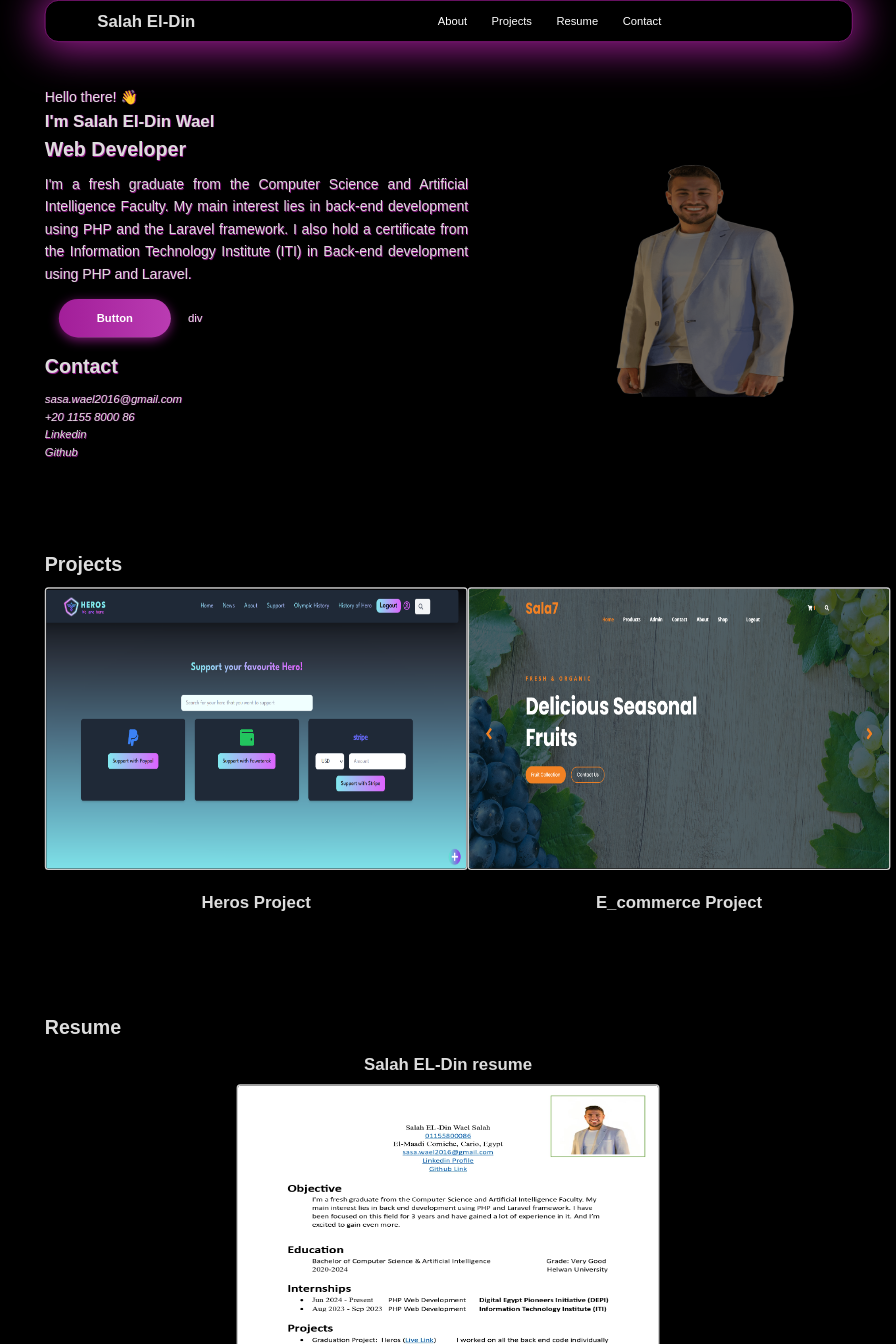
Repository: Salah-Wael/Salah-EL-Din-Portfolio
Page: index.html
The author's editor kept a copy of each file at every save. The page is drawn from the files as they stood at one save, then again after a run of saves.
The browser window is 1280 px wide. The pictures show the part of the page from y = 0 to 1920 px (the page is 2900 px tall), at 70% of full size.

Above is the page before, as saved 2024-07-28 03:09:41.

### index.html
<!DOCTYPE html>
<html lang="en">
<head>
  <meta charset="UTF-8">
  <meta name="viewport" content="width=device-width, initial-scale=1.0">
  <title>Salah EL-Din Portfolio</title>
  <link rel="stylesheet" href="./style.css">

</head>
<body>
  <header>
    <nav>
      <h1>Salah El-Din</h1>
      <ul>
        <li><a href="#about">About</a></li>
        <li><a href="#projects">Projects</a></li>
        <li><a href="#resume">Resume</a></li>
        <li><a href="#contact">Contact</a></li>
      </ul>
    </nav>
  </header>
  <section id="about">
    <div class="about">
      <div class="content">
        <p>Hello there! 👋</p>
        <!-- <br> -->
        <h1>I'm Salah El-Din Wael</h1>
        <h2>Web Developer</h2>
          <p>I'm a fresh graduate from the Computer Science and Artificial Intelligence Faculty.
          My main interest lies in back-end development using PHP and the Laravel framework.
          I also hold a certificate from the Information Technology Institute (ITI) in Back-end development using PHP and Laravel.</p>




        <a href=""><button class="bn632-hover bn22">Button</button></a>

        div
        <h2>Contact</h2>
        <address>
          <a href="mailto:sasa.wael2016@gmail.com">sasa.wael2016@gmail.com</a><br>
          <a href="https://api.whatsapp.com/send/?phone=%2B201155800086" target="_blank">+20 1155 8000 86</a><br>
          <a href="https://www.linkedin.com/in/salah-eldin" target="_blank">Linkedin</a><br>
          <a href="https://github.com/Salah-Wael" target="_blank">Github</a><br>
        </address>
      </div>
      <div class="main-img">
        <img src="./img/me/sasag.png" alt="Salah EL-Din">
      </div>
    </div>
  </section>
  <section id="projects">

    <h2>Projects</h2>
    <div class="projects">
      <div class="projects-container">
        <a href="https://heros.rf.gd/" target="_blank">
          <div class="project">
            <div class="image-display">
              <img id="heros" src="img/projects/heros registration.png" alt="heros registration">
            </div>
            <h3>Heros Project</h3>
          </div>
        </a>
      </div>
      <div class="projects-container">
        <a href="https://sala7.great-site.net/" target="_blank">
          <div class="project">
            <div class="image-display">
              <img id="ecommerce" src="img/projects/ecommerce home.png" alt="Sala7 E_commerce">

            </div>
            <h3>E_commerce Project</h3>
          </div>
        </a>
      </div>
    </div>
  </section>
  <section id="resume">
    <h2>Resume</h2>
    <div class="cv-container">
      <div class="project">
        <h3>Salah EL-Din resume</h3>
        <div class="image-display">
          <img id="CV" src="img/CV/Salah EL-Din resume_page-0001.jpg" alt="Salah EL-Din resume">
        </div>
        <div class="thumbnails">
          <img src="img/CV/Salah EL-Din resume_page-0001.jpg" alt="Salah EL-Din resume"
          onclick="swapImage('img/CV/Salah EL-Din resume_page-0001.jpg')">

          <img src="img/CV/Salah EL-Din resume_page-0002.jpg" alt="Salah EL-Din resume"
          onclick="swapImage('img/CV/Salah EL-Din resume_page-0002.jpg')">

        </div>
      </div>
    </div>
  </section>
  <section id="contact">

  </section>
</body>

<script>
    document.addEventListener('DOMContentLoaded', (event) => {
      const herosImages = [
        'img/projects/heros registration.png',
        'img/projects/heros create news.png',
        'img/projects/heros payment.png'
      ];
      const ecommerceImages = [
        'img/projects/ecommerce home.png',
        'img/projects/products.png'
      ];

      let currentHerosIndex = 0;
      const herosImage = document.getElementById('heros');

      function swapHerosImage() {
        currentHerosIndex = (currentHerosIndex + 1) % herosImages.length;
        herosImage.src = herosImages[currentHerosIndex];
      }
      setInterval(swapHerosImage, 2000); // Change image every 2 seconds

      let currentEcommerceIndex = 0;
      const ecommerceImage = document.getElementById('ecommerce');

      function swapEcommerceImage() {
        currentEcommerceIndex = (currentEcommerceIndex + 1) % ecommerceImages.length;
        ecommerceImage.src = ecommerceImages[currentEcommerceIndex];
      }

      setInterval(swapEcommerceImage, 2000); // Change image every 2 seconds
    });



    function swapImage(newSrc) {
      document.getElementById('CV').src = newSrc;
    }
  </script>
</html>

### style.css
/* Reset some basic styles */
*{
  margin: 0;
  padding: 0;
  list-style: none;
  text-decoration: none;
  color:#dddddd;
  font-family: Arial, sans-serif;
}

/* General body styling */
body {
  font-family: Arial, sans-serif;
  line-height: 1.6;
  background-color: black;
}

/* Styling for navigation bar */
header{
  height: 10vh;
  width: 100%;

}

:root {
  --main-color: #a21e99;
  --secondary-color: #2ecc71;
  --font-size: 16px;
}

nav {
  background-color: black;
  border: 1px solid var(--main-color) ;
  box-shadow: 1px 1px 60px 8px var(--main-color) ;
  z-index: 1;
  border-radius: 20px;
  color: white;
  width: 90%;
  margin-left: 5%;
  display: flex;
  justify-content: space-between;
  align-items: center;
  padding: 10px 0px;
  margin-bottom: 50px;
  position: fixed;
}

nav h1 {
  width: 30%;
  text-align: center;
  font-size: 24px;
}

nav ul {
  display: flex;
  justify-content: center;
  width: 90%;
  gap: 15px;
}

nav ul li {
  list-style: none;
}

nav ul li a {
  color: white;
  text-decoration: none;
  padding: 5px 10px;
}

nav ul li a:hover {
  color: var(--main-color);
  transition: 0.5s;
}

/* Section styling */
section {
  /* padding: 20px; */
  margin-top: 50px;
  width: 90%;
  margin-left: 5%;
  height: 85vh;
}

section h2 {
  font-size: 28px;
  margin-bottom: 10px;
}

section p {
  font-size: 24px;
}

/* about section styling */
.about{
  display: flex;
  justify-content: space-around;
  align-items: center;
  margin: 0, 20px, 20px, 20px;
}

.about .content{
  width: 70%;
  height: 100%;
}

.about .content{
  text-shadow: 1px 1px 1px #a21e99;
}

.about div p{
  width: 75%;
  font-size: 20px;
  text-align: justify;
}

.bn632-hover {
  width: 160px;
  font-size: 16px;
  font-weight: 600;
  color: #fff;
  cursor: pointer;
  margin: 20px;
  height: 55px;
  text-align:center;
  border: none;
  background-size: 300% 100%;
  border-radius: 50px;
  moz-transition: all .4s ease-in-out;
  -o-transition: all .4s ease-in-out;
  -webkit-transition: all .4s ease-in-out;
  transition: all .4s ease-in-out;
}

.bn632-hover:hover {
  background-position: 100% 0;
  moz-transition: all .4s ease-in-out;
  -o-transition: all .4s ease-in-out;
  -webkit-transition: all .4s ease-in-out;
  transition: all .4s ease-in-out;
}

.bn632-hover:focus {
  outline: none;
}

.bn632-hover.bn22 {
  background-image: linear-gradient(
    to right,
    #a21e99,
    #ba3cb2,
    #dd30d8,
    #b62bb6
  );
  box-shadow: 0 4px 15px 0 rgba(162, 30, 153, 0.75);
}

.about .main-img{
  width: 30%;
  height: 100%;

}

.about div img{
  width: 300px;
  height: 300px;
  animation: salah 2s linear infinite;
  -webkit-animation: salah 2s linear infinite;
  /* box-shadow: 1px 1px 1px 0px rgba(162, 30, 153, 0.75) ; */

}

@keyframes salah {
  0%{
    opacity: 0;
    transform: scale(0.5);

  }
  50%{
    opacity: 0.5;
    transform: scale(1.2);
  }

  100%{
    opacity: 1;
    transform: scale(1);
  }
}


/* Projects section styling */
.projects{
  display: flex;
  justify-content: space-evenly;
}

.projects-container {
  display: flex;
  gap: 20px;
  flex-wrap: wrap;
  justify-content: center;
}
.cv-container {
  display: flex;
  gap: 20px;
  flex-wrap: wrap;
  justify-content: center;
}

.project {
  text-align: center;
}

.project h3 {
  font-size: 24px;
  margin-bottom: 10px;
}

.image-display {
  margin-bottom: 20px;

}

#projects .image-display img {
  width: 600px;
  height: 400px;
  border: 2px solid #ccc;
  border-radius: 5px;
  box-shadow: 0 2px 5px rgba(0, 0, 0, 0.1);
}

#resume{
  height: 110vh;
}
#resume .image-display img {
  width: 600px;
  height: 600px;
  border: 2px solid #ccc;
  border-radius: 5px;
  box-shadow: 0 2px 5px rgba(0, 0, 0, 0.1);
}

.thumbnails {
  display: flex;
  gap: 10px;
  justify-content: center;
}

.thumbnails img {
  width: 100px;
  height: 70px;
  border: 2px solid #ccc;
  border-radius: 5px;
  cursor: pointer;
  transition: border-color 0.3s ease;
}

.thumbnails img:hover {
  border-color: #333;
}

After the next 2 saves:
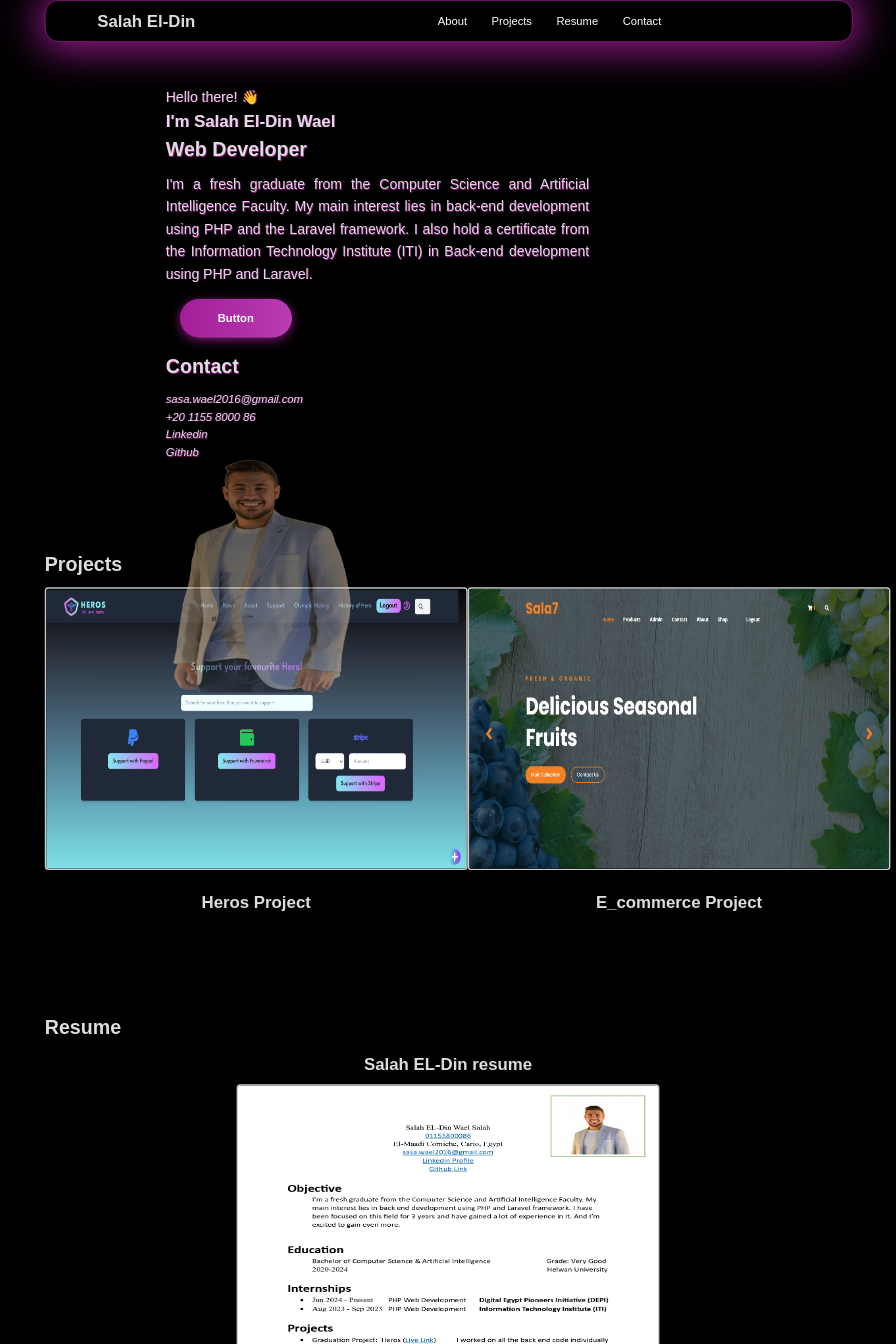
The 2 saves are shown as one change because they came seconds apart.
The last was saved 8 s later.
--- a/index.html
+++ b/index.html
@@ -35,7 +35,7 @@
 
         <a href=""><button class="bn632-hover bn22">Button</button></a>
 
-        div
+        <div>
         <h2>Contact</h2>
         <address>
           <a href="mailto:sasa.wael2016@gmail.com">sasa.wael2016@gmail.com</a><br>

After the 2 saves that followed:
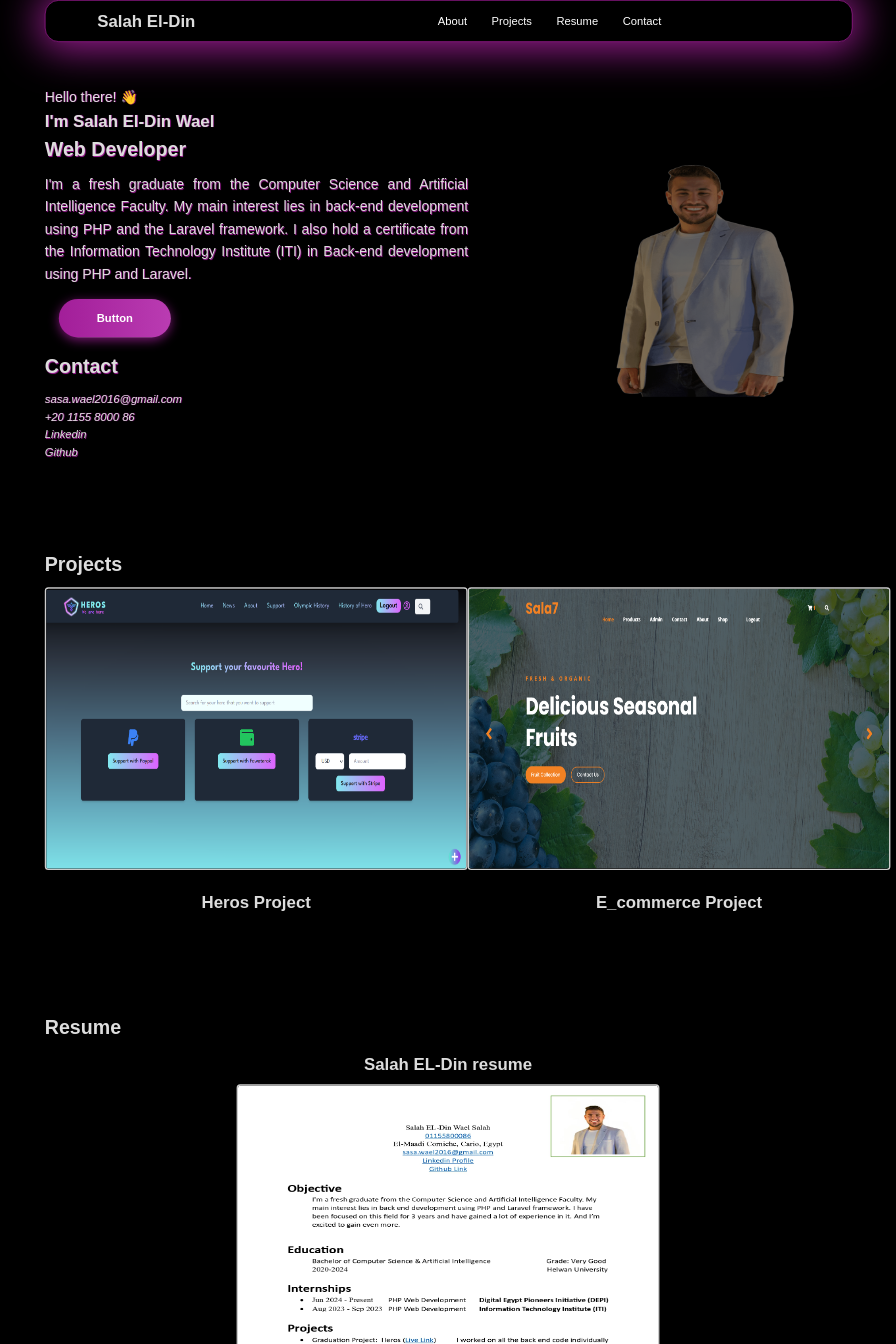
The 2 saves are shown as one change because they came seconds apart.
The last was saved 5 s later.
--- a/index.html
+++ b/index.html
@@ -36,13 +36,14 @@
         <a href=""><button class="bn632-hover bn22">Button</button></a>
 
         <div>
-        <h2>Contact</h2>
-        <address>
-          <a href="mailto:sasa.wael2016@gmail.com">sasa.wael2016@gmail.com</a><br>
-          <a href="https://api.whatsapp.com/send/?phone=%2B201155800086" target="_blank">+20 1155 8000 86</a><br>
-          <a href="https://www.linkedin.com/in/salah-eldin" target="_blank">Linkedin</a><br>
-          <a href="https://github.com/Salah-Wael" target="_blank">Github</a><br>
-        </address>
+          <h2>Contact</h2>
+          <address>
+            <a href="mailto:sasa.wael2016@gmail.com">sasa.wael2016@gmail.com</a><br>
+            <a href="https://api.whatsapp.com/send/?phone=%2B201155800086" target="_blank">+20 1155 8000 86</a><br>
+            <a href="https://www.linkedin.com/in/salah-eldin" target="_blank">Linkedin</a><br>
+            <a href="https://github.com/Salah-Wael" target="_blank">Github</a><br>
+          </address>
+        </div>
       </div>
       <div class="main-img">
         <img src="./img/me/sasag.png" alt="Salah EL-Din">
